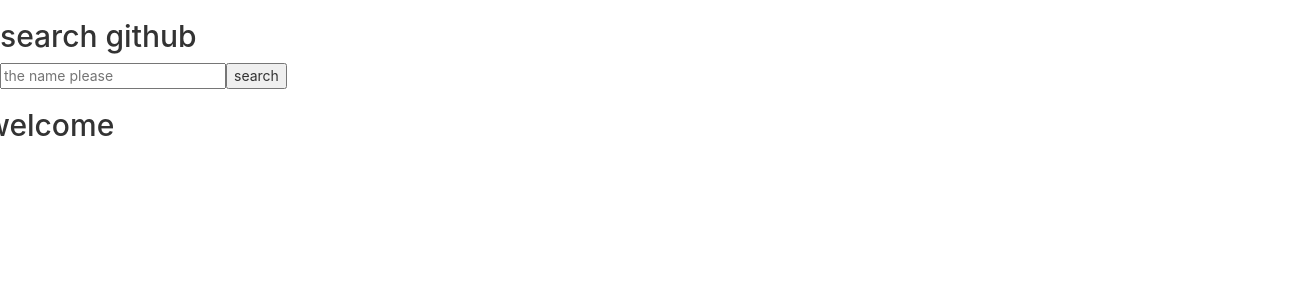
Repository: Shanshan67/React_a
Page: /
The author's editor kept a copy of each file at every save. The page is drawn from the files as they stood at one save, then again after the next save.
The browser window is 1280 px wide. The page is 1295 px wide, then 1280 px, then 1295 px, so the pictures cover 1295 px, including what lies to the right of the window. The pictures show the whole page.
The project was rebuilt for these pictures with package versions that can differ from the ones it lists, and the page was loaded fresh each time.

Above is the page before, as saved 2022-12-10 01:55:41.

### public/index.html
<!DOCTYPE html>
<html lang="en">
  <head>
    <meta charset="utf-8" />
    <link rel="icon" href="%PUBLIC_URL%/favicon.ico" />
    <meta name="viewport" content="width=device-width, initial-scale=1" />
    <meta name="theme-color" content="#000000" />
    <meta
      name="description"
      content="Web site created using create-react-app"
    />
    <link rel="apple-touch-icon" href="%PUBLIC_URL%/logo192.png" />
    <!--
      manifest.json provides metadata used when your web app is installed on a
      user's mobile device or desktop. See https://developers.google.com/web/fundamentals/web-app-manifest/
    -->
    <link rel="manifest" href="%PUBLIC_URL%/manifest.json" />
    <link rel="stylesheet" href="/css/bootstrap.css" />
    <!--
      Notice the use of %PUBLIC_URL% in the tags above.
      It will be replaced with the URL of the `public` folder during the build.
      Only files inside the `public` folder can be referenced from the HTML.

      Unlike "/favicon.ico" or "favicon.ico", "%PUBLIC_URL%/favicon.ico" will
      work correctly both with client-side routing and a non-root public URL.
      Learn how to configure a non-root public URL by running `npm run build`.
    -->
    <title>React App</title>
  </head>
  <body>
    <noscript>You need to enable JavaScript to run this app.</noscript>
    <div id="root"></div>
    <!--
      This HTML file is a template.
      If you open it directly in the browser, you will see an empty page.

      You can add webfonts, meta tags, or analytics to this file.
      The build step will place the bundled scripts into the <body> tag.

      To begin the development, run `npm start` or `yarn start`.
      To create a production bundle, use `npm run build` or `yarn build`.
    -->
  </body>
</html>

### src/index.js
import React from 'react';
import ReactDOM from 'react-dom/client';

import './index.css';
import App from './App';

import reportWebVitals from './reportWebVitals';

const root = ReactDOM.createRoot(document.getElementById('root'));
root.render(

    <App/>

);

// If you want to start measuring performance in your app, pass a function
// to log results (for example: reportWebVitals(console.log))
// or send to an analytics endpoint. Learn more: https://bit.ly/CRA-vitals
reportWebVitals();

### src/App.jsx
import React, { Component } from 'react'
import List from './components/List'
import Search from './components/Search'
import './App.css'

export default class App extends Component {
  state={
    users:[],
    isFirst:true,
    isLoading:false,
    err:''
  }

  findUsers = (stateObj) => {
    this.setState(stateObj)
  }

  render() {
    return (
      <div>
        <Search findUsers={this.findUsers} />
        <List {...this.state} />
      </div>
    )
  }
}

### src/components/List/index.jsx
import React, { Component } from 'react'

export default class List extends Component {
  render() {
    const {users,isFirst, isLoading,err} = this.props
    return (
      <div className="row">
        {
            isFirst ? <h2>welcome</h2> :
            isLoading ? <h2>loading...</h2> :
            err ? <h2 style={{color:'red'}}>{err}</h2> :
            users.map((u) => {
                return (
                <div key={u.id} className="card">
                    <a rel="noreferrer" href={u.html_url} target='_blank'>
                        <img alt='head_portait' src={u.avatar_url} style={{width: '100px'}}/>
                    </a>
                    <p className="card-text">{u.login}</p>
                </div>
                )
            })
        }
      </div>
    )
  }
}

### src/components/Search/index.jsx
import React, { Component } from 'react'

export default class Search extends Component {
  search = async() => {
    const {value} = this.keyWord
    this.props.findUsers({isFirst:false, isLoading:true})
    try{
      const response = await fetch(`https://api.github.com/search/users?q=${value}`)
      const data = response.json()
      this.props.findUsers({isLoading:false,users:data.items})
    }catch(error){
      this.props.findUsers({isLoading:false,err:error.message})
    }
  }
  render() {
    return (
      <div>
        <h2>search github</h2>
        <div>
          <input ref={c=>this.keyWord=c} type="text" placeholder='the name please' />
          <button onClick={this.search}>search</button>
        </div>
      </div>
    )
  }
}

### src/App.css
.album {
  min-height: 50rem; /* Can be removed; just added for demo purposes */
  padding-top: 3rem;
  padding-bottom: 3rem;
  background-color: #f7f7f7;
}

.card {
  float: left;
  width: 33.333%;
  padding: .75rem;
  margin-bottom: 2rem;
  border: 1px solid #efefef;
  text-align: center;
}

.card > img {
  margin-bottom: .75rem;
  border-radius: 100px;
}

.card-text {
  font-size: 85%;
}

/*base*/
body {
  background: #fff;
}

.btn {
  display: inline-block;
  padding: 4px 12px;
  margin-bottom: 0;
  font-size: 14px;
  line-height: 20px;
  text-align: center;
  vertical-align: middle;
  cursor: pointer;
  box-shadow: inset 0 1px 0 rgba(255, 255, 255, 0.2), 0 1px 2px rgba(0, 0, 0, 0.05);
  border-radius: 4px;
}

.btn-danger {
  color: #fff;
  background-color: #da4f49;
  border: 1px solid #bd362f;
}

.btn-danger:hover {
  color: #fff;
  background-color: #bd362f;
}

.btn:focus {
  outline: none;
}

.todo-container {
  width: 600px;
  margin: 0 auto;
}
.todo-container .todo-wrap {
  padding: 10px;
  border: 1px solid #ddd;
  border-radius: 5px;
}

/*header*/
.todo-header input {
  width: 560px;
  height: 28px;
  font-size: 14px;
  border: 1px solid #ccc;
  border-radius: 4px;
  padding: 4px 7px;
}

.todo-header input:focus {
  outline: none;
  border-color: rgba(82, 168, 236, 0.8);
  box-shadow: inset 0 1px 1px rgba(0, 0, 0, 0.075), 0 0 8px rgba(82, 168, 236, 0.6);
}

/*main*/
.todo-main {
  margin-left: 0px;
  border: 1px solid #ddd;
  border-radius: 2px;
  padding: 0px;
}

.todo-empty {
  height: 40px;
  line-height: 40px;
  border: 1px solid #ddd;
  border-radius: 2px;
  padding-left: 5px;
  margin-top: 10px;
}
/*item*/
li {
  list-style: none;
  height: 36px;
  line-height: 36px;
  padding: 0 5px;
  border-bottom: 1px solid #ddd;
}

li label {
  float: left;
  cursor: pointer;
}

li label li input {
  vertical-align: middle;
  margin-right: 6px;
  position: relative;
  top: -1px;
}

li button {
  float: right;
  display: none;
  margin-top: 3px;
}

li:before {
  content: initial;
}

li:last-child {
  border-bottom: none;
}

/*footer*/
.todo-footer {
  height: 40px;
  line-height: 40px;
  padding-left: 6px;
  margin-top: 5px;
}

.todo-footer label {
  display: inline-block;
  margin-right: 20px;
  cursor: pointer;
}

.todo-footer label input {
  position: relative;
  top: -1px;
  vertical-align: middle;
  margin-right: 5px;
}

.todo-footer button {
  float: right;
  margin-top: 5px;
}

Loaded but not shown: src/index.css (common file); src/reportWebVitals.js (common file); public/css/bootstrap.css (library)

After the next save:
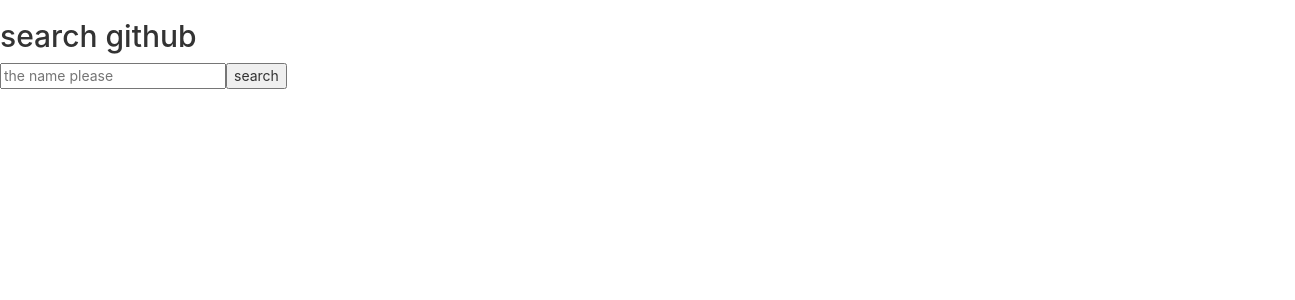
Saved 101 s later.
--- a/src/components/List/index.jsx
+++ b/src/components/List/index.jsx
@@ -6,7 +6,7 @@
     return (
       <div className="row">
         {
-            isFirst ? <h2>welcome</h2> :
+            /* isFirst ? <h2>welcome</h2> :
             isLoading ? <h2>loading...</h2> :
             err ? <h2 style={{color:'red'}}>{err}</h2> :
             users.map((u) => {
@@ -18,7 +18,8 @@
                     <p className="card-text">{u.login}</p>
                 </div>
                 )
-            })
+            }) */
+
         }
       </div>
     )

After the save that followed:
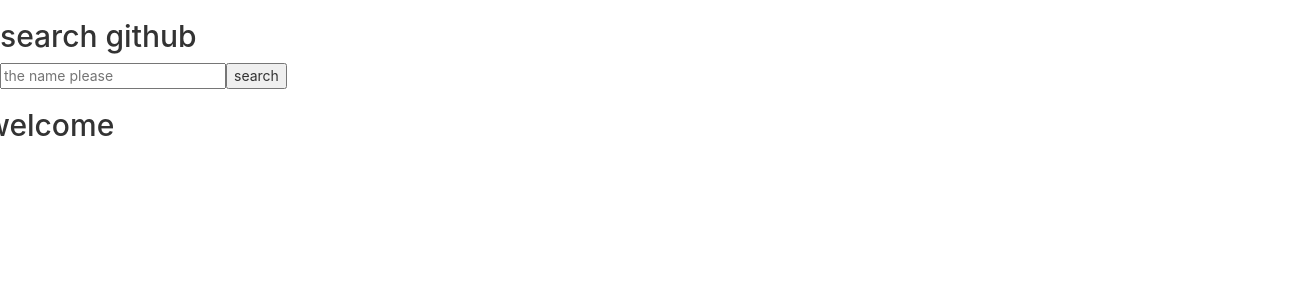
Saved 27 s later.
--- a/src/components/List/index.jsx
+++ b/src/components/List/index.jsx
@@ -19,7 +19,19 @@
                 </div>
                 )
             }) */
-
+            isFirst ? <h2>welcome</h2> :
+            isLoading ? <h2>loading</h2> :
+            err ? <h2 style={{color:'red'}}>{err}</h2> :
+            users.map((user) => {
+                return (
+                <div key={user.id} className="card">
+                    <a rel='noreferrer' href={user.html_url} target="_blank">
+                    <img alt='head_portrait' src={user.avatar_url} style={{width: '100px'}}/>
+                    </a>
+                    <p className="card-text">{user.login}</p>
+                </div>
+                )
+            })
         }
       </div>
     )
